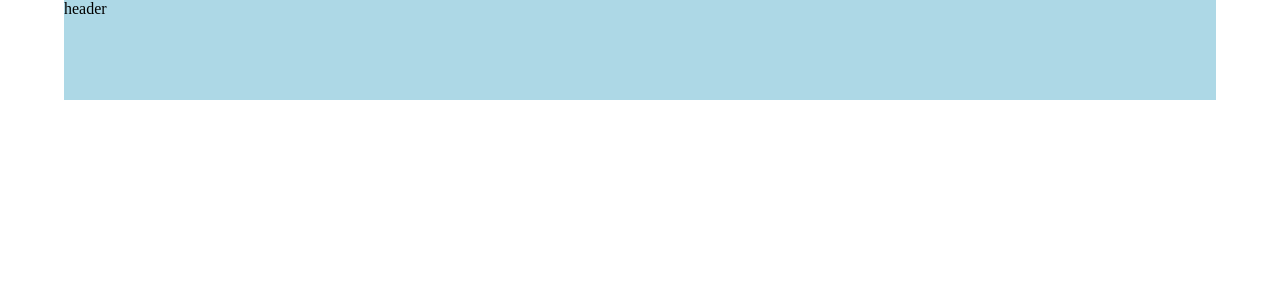
Repository: cvTuananh/Wed-famework
Page: Lab04/lab04/demo04.html
The author's editor kept a copy of each file at every save. The page is drawn from the files as they stood at one save, then again after the next save.
The browser window is 1280 px wide. The pictures show the whole page.

Above is the page before, as saved 2021-09-28 18:49:54.

### Lab04/lab04/demo04.html
<!DOCTYPE html>
<html lang="en">
<head>
    <meta charset="UTF-8">
    <meta http-equiv="X-UA-Compatible" content="IE=edge">
    <meta name="viewport" content="width=device-width, initial-scale=1.0">
    <title>Document</title>
    <link rel="stylesheet" href="demo04.css">
</head>
<body>
    <div class="container">
        <header>header</header>
        <nav></nav>
        <aside></aside>
        <article>
            <section></section>
            <section></section>
        </article>
        <aside></aside>
        <footer></footer>
    </div>
</body>
</html>

### Lab04/lab04/demo04.css
body {
    padding : 0 ;
    margin : 0 ;
}
.container{
    background-color: #ffaebe;
    width: 90%;
    padding: 0;
    margin: 0 auto;

}

header{
    background-color: lightblue;
    height: 100px;
}

After the next save:
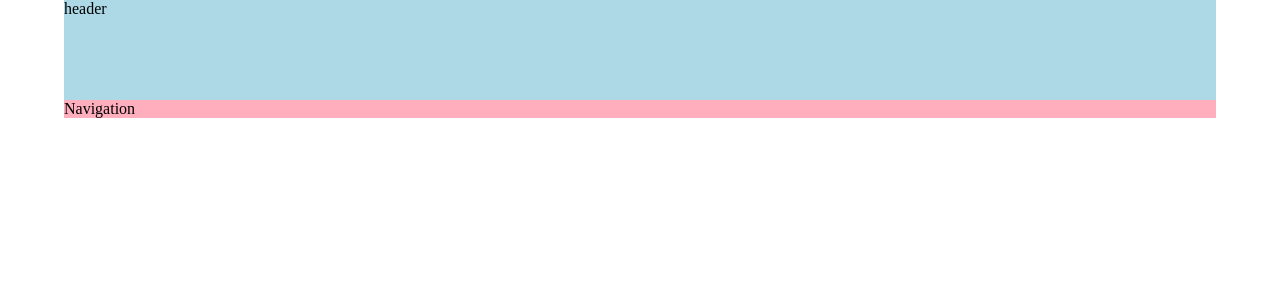
Saved 11 s later.
--- a/Lab04/lab04/demo04.html
+++ b/Lab04/lab04/demo04.html
@@ -10,7 +10,7 @@
 <body>
     <div class="container">
         <header>header</header>
-        <nav></nav>
+        <nav>Navigation</nav>
         <aside></aside>
         <article>
             <section></section>
